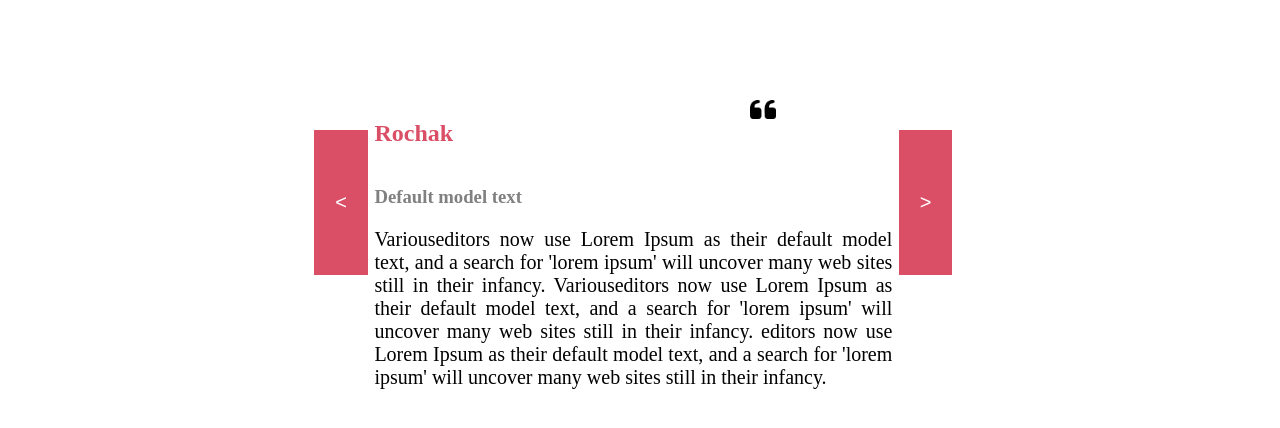
Repository: AVINKUMARP/gifts
Page: demo2.html
An editor plug-in stored every save of this project. The page is shown before and after the next save, followed by the edit.
The browser window is 1280 px wide. The pictures show the whole page.

Above is the page before, as saved 2023-08-24 14:09:24.

### demo2.html
<!DOCTYPE html>
<html lang="en">
<head>
    <meta charset="UTF-8">
    <meta name="viewport" content="width=device-width, initial-scale=1.0">
    <title>Document</title>
    <style>
        .container{
            display: flex;
            flex-wrap: wrap;
            text-align: center;
            margin: 100px 300px;
        }
        .cbutl{
            width: 10%;
        }
        .cpara{
            width: 78%;
        }
        .cbutr{
            width: 10%;
        }
        .csub{
            display: flex;
            flex-wrap: wrap;
            justify-content: space-between;
        }
        .cbutl button{
            background-color: #db4f66;
            color: white;
            border:1px solid #db4f66;
            padding: 60px 20px;
            font-size: 20px;
        }
        .cbutl{
            padding-top: 30px;
        }
        .csub h2{
            text-align: start;

        }
        .ch h2{
            color:#db4f66;
        }
        .cpara h3{
            color:gray;
        }
        .cpara h3{
            text-align: start;
        }
        .cpara p{
            text-align: justify;
            font-size: 20px;
        }
    </style>
</head>
<body>
    <div class="container">
        <div class="cbutl"><button><</button></div>
        <div class="cpara">
            <div class="csub">
                <div class="ch"><h2>Rochak</h2>
                </div>
                <div class="cicon"><img src="./images/icon.png" alt="loading..." width="10%"></div>
            </div>
            <h3>Default model text</h3>
            <p>Variouseditors now use Lorem Ipsum as their default model text, and a search for 'lorem ipsum' will uncover many web sites still in their infancy. Variouseditors now use Lorem Ipsum as their default model text, and a search for 'lorem ipsum' will uncover many web sites still in their infancy. editors now use Lorem Ipsum as their default model text, and a search for 'lorem ipsum' will uncover many web sites still in their infancy.</p>
        </div>
        <div class="cbutl"><button>></button></div>
    </div>
</body>
</html>

After the next save:
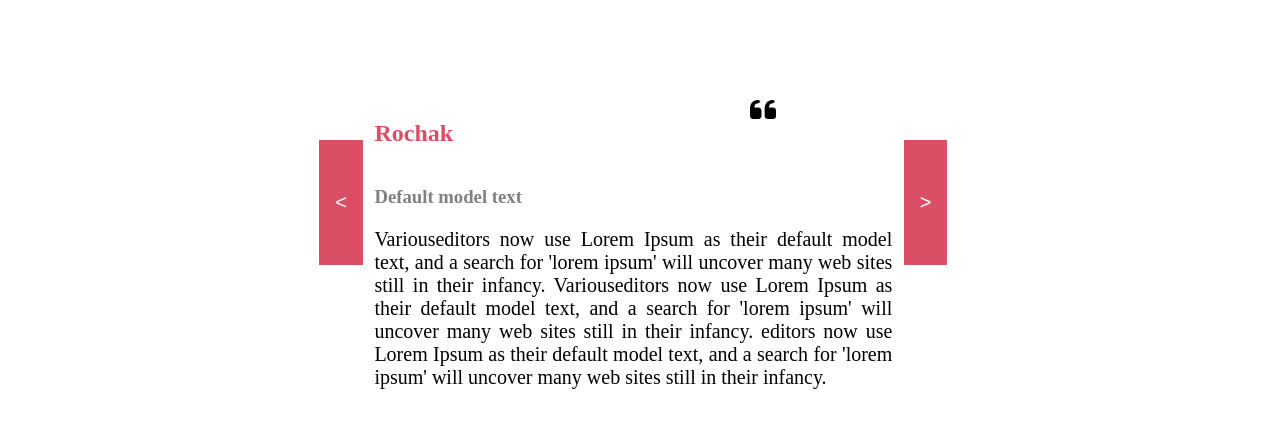
Saved 61 s later.
--- a/demo2.html
+++ b/demo2.html
@@ -29,11 +29,11 @@
             background-color: #db4f66;
             color: white;
             border:1px solid #db4f66;
-            padding: 60px 20px;
+            padding: 50px 15px;
             font-size: 20px;
         }
         .cbutl{
-            padding-top: 30px;
+            padding-top: 40px;
         }
         .csub h2{
             text-align: start;
